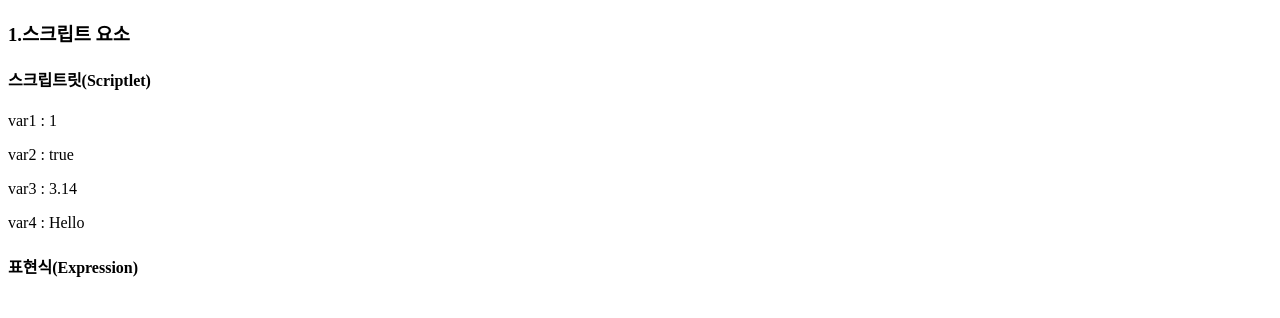
Repository: cms8474/JSP
Page: http://localhost/ch02/1_Scriptlet.jsp
An editor plug-in stored every save of this project. The page is shown before and after the next save, followed by the edit.
The browser window is 1280 px wide. The pictures show the whole page.
The page is served by Tomcat 9. Other server files are loaded and not shown.

Above is the page before, as saved 2025-07-28 01:21:46.

### ch02/src/main/webapp/1_Scriptlet.jsp
<%@ page contentType="text/html; charset=UTF-8" pageEncoding="UTF-8"%>
<!DOCTYPE html>
<html>
	<head>
		<meta charset="UTF-8">
		<title>1.스크립트릿</title>
		<!--
		250728
		최민수
		2장 JSP 기본
		 -->
	</head>
	<body>
		<h3>1.스크립트 요소</h3>

		<h4>스크립트릿(Scriptlet)</h4>
		<%
			// 스크립트릿(자바프로그래밍 스코프)
			int 	var1 = 1;
			boolean var2 = true;
			double 	var3 = 3.14;
			String 	var4 = "Hello";

			out.println("<p>var1 : " + var1 + "</p>");
			out.println("<p>var2 : " + var2 + "</p>");
			out.println("<p>var3 : " + var3 + "</p>");
			out.println("<p>var4 : " + var4 + "</p>");

			out.println();
		%>
		<h4>표현식(Expression)</h4>



	</body>
</html>

After the next save:
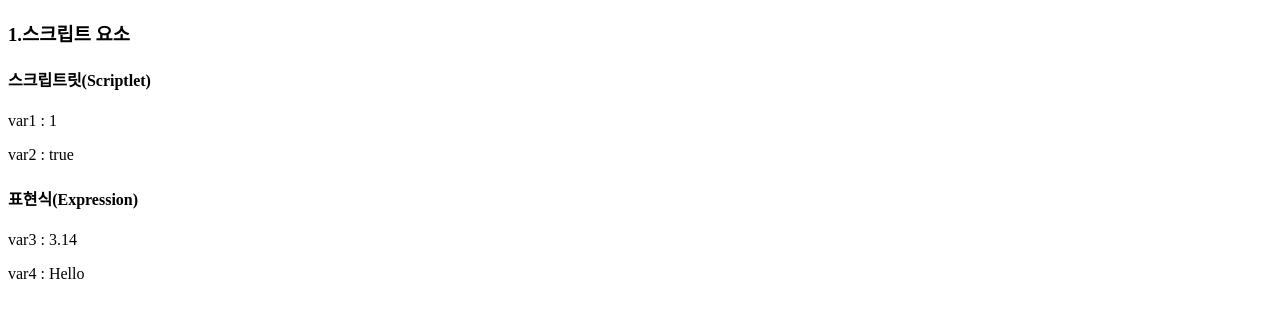
Saved 71 s later.
--- a/ch02/src/main/webapp/1_Scriptlet.jsp
+++ b/ch02/src/main/webapp/1_Scriptlet.jsp
@@ -23,12 +23,13 @@
 
 			out.println("<p>var1 : " + var1 + "</p>");
 			out.println("<p>var2 : " + var2 + "</p>");
-			out.println("<p>var3 : " + var3 + "</p>");
-			out.println("<p>var4 : " + var4 + "</p>");
+			out.println();
 
-			out.println();
 		%>
 		<h4>표현식(Expression)</h4>
+
+		<p>var3 : <%= var3 %></p>
+		<p>var4 : <%= var4 %></p>
 
 
 
